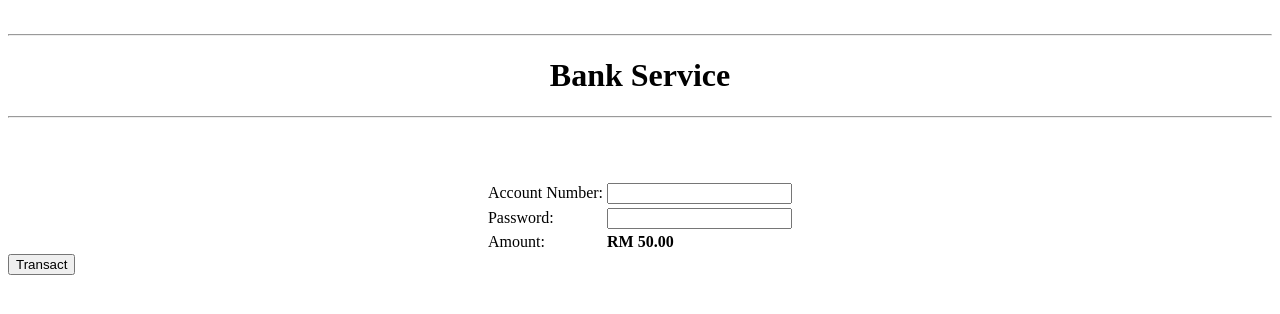
Repository: Jeck97/Mcdonald-Delivery-System
Page: http://localhost/McDelivery/bankService/transactionForm.jsp
An editor plug-in stored every save of this project. The page is shown before and after the next save, followed by the edit.
The browser window is 1280 px wide. The pictures show the whole page.
The page is served by Tomcat 9.

Above is the page before, as saved 2020-07-12 18:05:19.

After the next save:
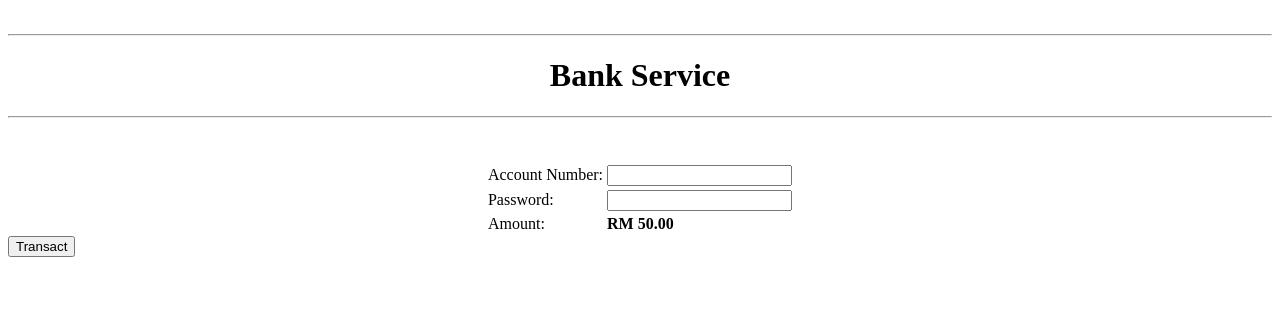
Saved 36 s later.
--- a/McDelivery/WebContent/bankService/transactionForm.jsp
+++ b/McDelivery/WebContent/bankService/transactionForm.jsp
@@ -18,7 +18,6 @@
 
 	<br>
 	<br>
-	<br>
 
 	<form action="transactionServlet" method="post">
 
@@ -37,7 +36,7 @@
 			</tr>
 		</table>
 
-		<input type="submit" value="Transact">
+		<input type="submit" value="Transact" style="text-align: center;">
 	</form>
 
 </body>
